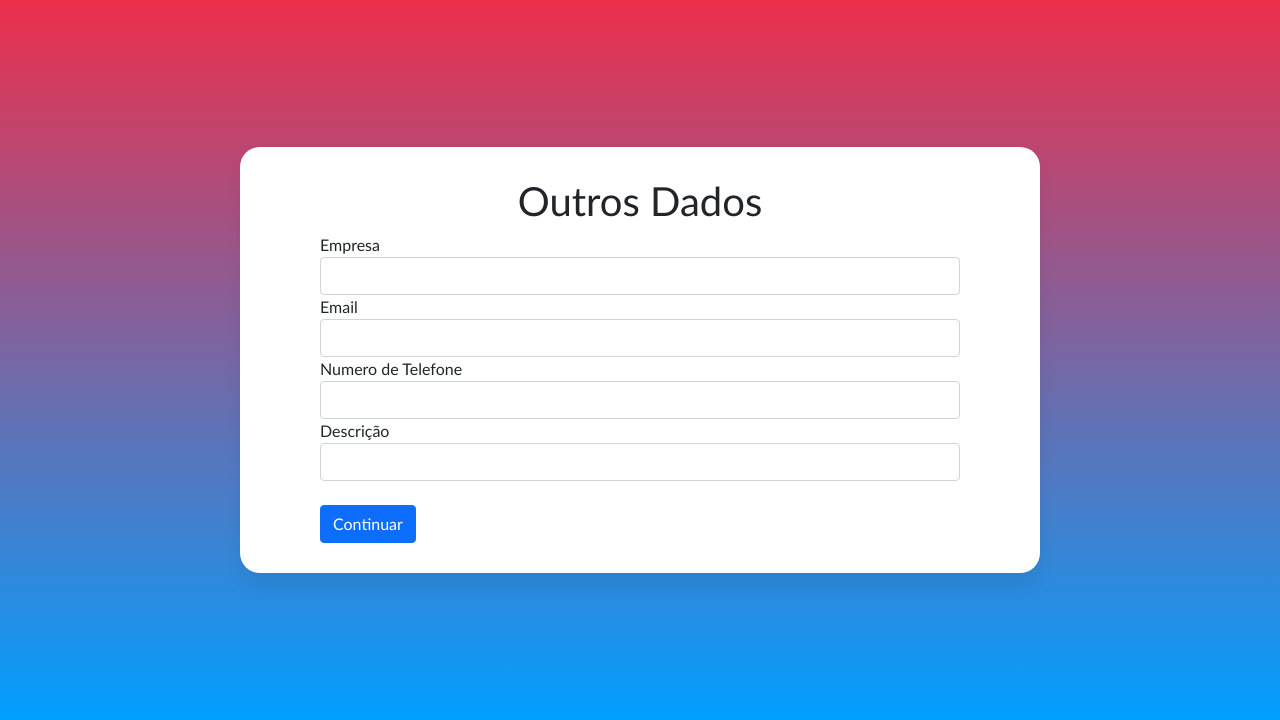
Repository: DeanLemosXD/ReactJS-3steps-form
Page: /, after clicking the first element matching `button.btn`
An editor plug-in stored every save of this project. The page is shown before and after the next save, followed by the edit.
The browser window is 1280 px wide. The pictures show the whole page.
The project was rebuilt for these pictures with package versions that can differ from the ones it lists, and the page was loaded fresh each time. Imported but missing from the stored project, and not drawn on this page: src/components/Confirm.

Above is the page before, as saved 2021-10-26 17:34:31.

After the next save:
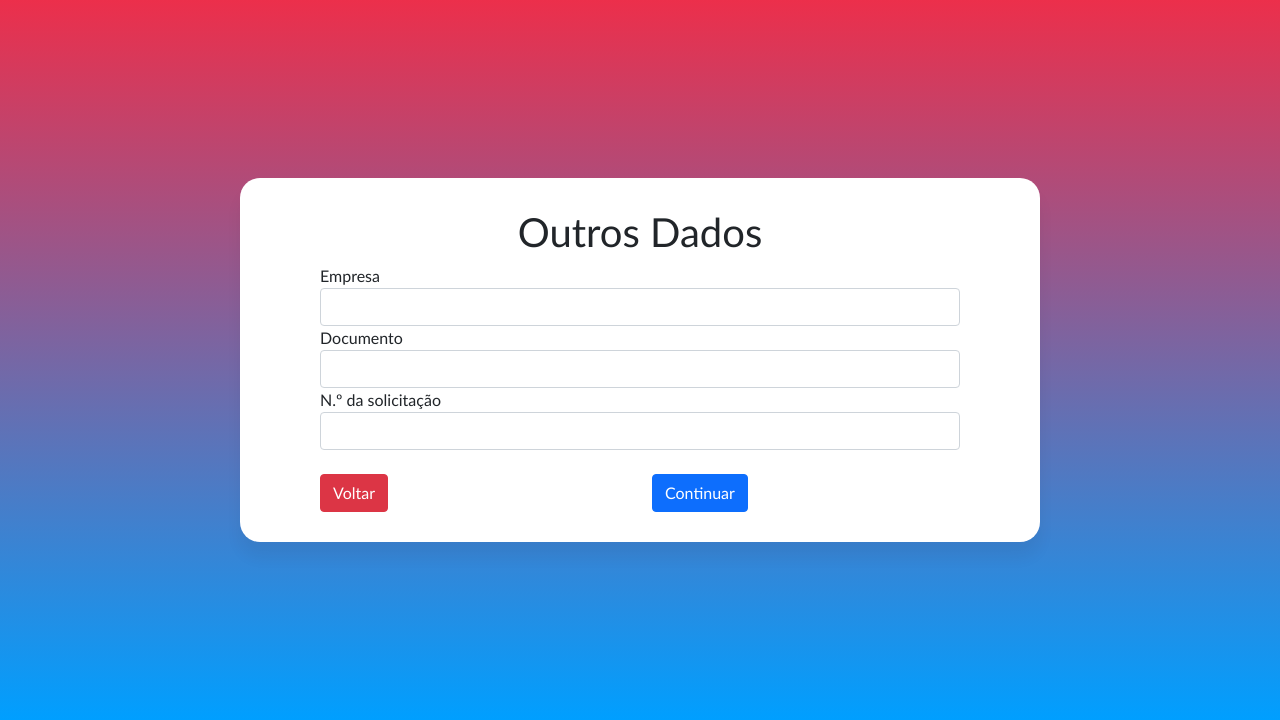
Saved 5 min 11 s later.
--- a/src/components/OtherData.js
+++ b/src/components/OtherData.js
@@ -20,23 +20,25 @@ export class OtherData extends Component {
                     <input type="text" className="form-control" name="workplace" onChange={inputChange('workplace')} value={values.workplace} />
                 </div>
                 <div className="form-group">
-                    <label htmlFor="email">Email</label>
-                    <input type="text" className="form-control" name="email" onChange={inputChange('email')} value={values.email} />
+                    <label htmlFor="DOC">Documento</label>
+                    <input type="text" className="form-control" name="DOC" onChange={inputChange('DOC')} value={values.DOC} />
                 </div>
                 <div className="form-group">
-                    <label htmlFor="phone">Numero de Telefone</label>
-                    <input type="text" className="form-control" name="phone" onChange={inputChange('phone')} value={values.phone} />
-                </div>
-                <div className="form-group">
-                    <label htmlFor="description">Descrição</label>
-                    <input type="text" className="form-control" name="description" onChange={inputChange('description')} value={values.description} />
+                    <label htmlFor="number">N.º da solicitação</label>
+                    <input type="text" className="form-control" name="number" onChange={inputChange('number')} value={values.number} />
                 </div>
 
+
                 <br />
+            <div className="row">
+                <div className="col-6">
+                <button className="btn btn-danger" onClick={this.back}>Voltar</button>
+                </div>
+                <div className="col-6 text-right">
+                <button className="btn btn-primary" onClick={this.continue}>Continuar</button>
+                </div>
+            </div>
 
-            <div className="text-right">
-                <button className="btn btn-primary" onClick={this.continue}>Continuar</button>
-            </div>
             </div>
         )
     }
